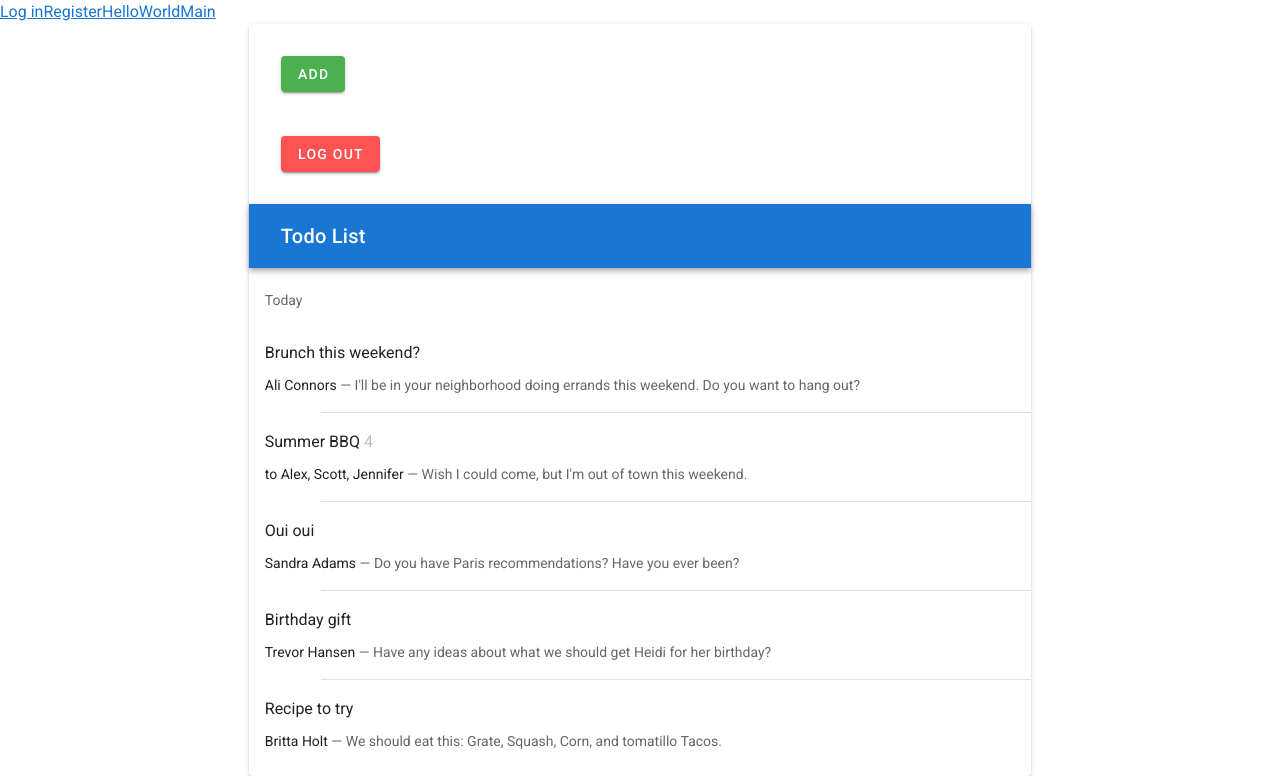
Repository: pao741/vue-todo
Page: /
The author's editor kept a copy of each file at every save. The page is drawn from the files as they stood at one save, then again after the next save.
The browser window is 1280 px wide. The pictures show the whole page.
The project was rebuilt for these pictures with package versions that can differ from the ones it lists, and the page was loaded fresh each time. Also part of the build but not shown: vue.config.js, src/components/Login.vue, src/components/Register.vue, src/components/HelloWorld.vue.

Above is the page before, as saved 2021-02-11 13:10:45.

After the next save:
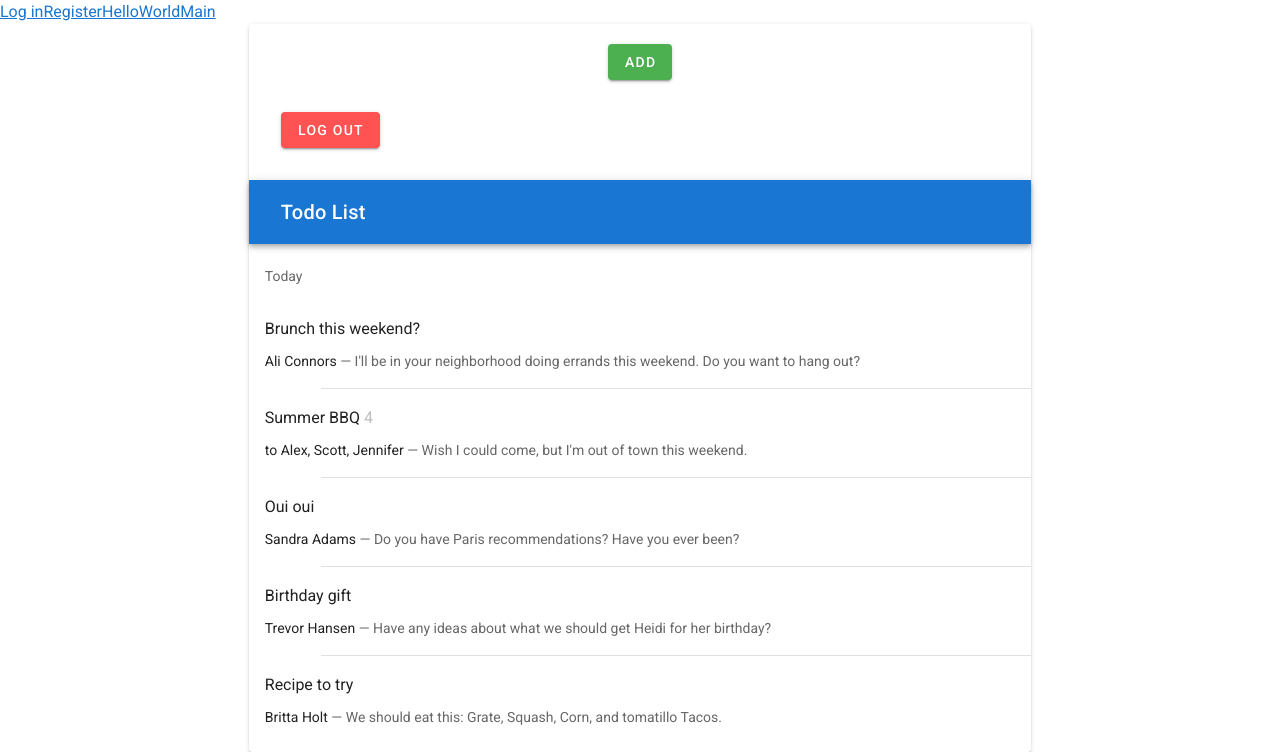
Saved 8 s later.
--- a/src/components/Main.vue
+++ b/src/components/Main.vue
@@ -30,11 +30,9 @@
     </div>
     <v-card class="mx-auto">
       <v-row justify="center" class="ma-5">
-        <v-col>
-          <v-btn justify="center" color="success" @click="adding = true">
-            Add
-          </v-btn>
-        </v-col>
+        <v-btn justify="center" color="success" @click="adding = true">
+          Add
+        </v-btn>
       </v-row>
       <v-row justify="center" class="ma-5">
         <v-col>
